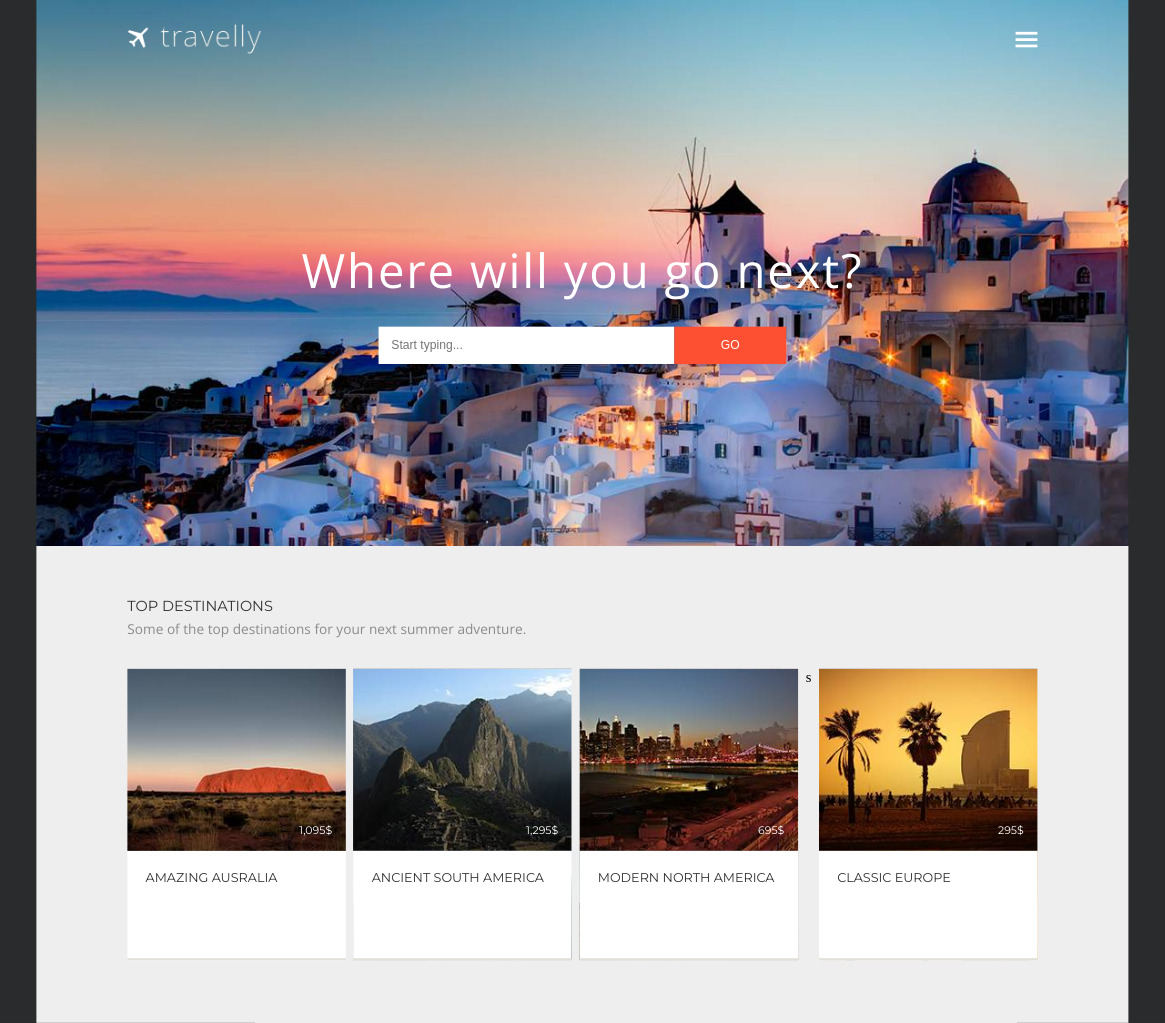
Repository: YusifHasanov/Web-Page-Template
Page: index.html
These files come from the project's save history. The page is drawn as it stood at one moment and after a run of saves; the edit follows.
The browser window is 1280 px wide. The pictures show the whole page, at 91% of full size.

Above is the page before, as saved 2021-12-05 21:38:59.

### index.html
<!DOCTYPE html>
<html lang="en">
<head>
  <!-- !required meta tags -->
  <meta charset="UTF-8">
  <meta http-equiv="X-UA-Compatible" content="IE=edge">
  <meta name="viewport" content="width=device-width, initial-scale=1.0">
  <title>Document</title>
  <!-- !style css -->
  <link rel="stylesheet" href="./css/style.css" />
</head>
<body>

  <div class="container">
      <div class="header useless">
        <div class="navBar d-flex justify-between align-end">
          <img src="./img/logo.png" alt="traveller company logo" />
          <img src="./img/menubar.png" class="hamburger" alt="hamburger menu logo" />
        </div>
        <h1>Where will you go next?</h1>
        <form class="d-flex justify-center">
          <input type="text" id="search" name="search" [aria-label="search"] placeholder="Start typing..." />
          <button type="submit" role="button">GO</button>
        </form>
      </div>
      <div class="top-destinations useless">
            <h2>Top destinations</h2>
            <p>Some of the top destinations for your next summer adventure.</p>

            <div class="flex-container d-flex justify-between">
              <div class="flex-item">
                <!-- !1 -->
                <div class="top australia">
                  <span>1,095$</span>
                </div>
                <div class="down">
                  <h3>amazing ausralia</h3>
                </div>
              </div>
                <!-- !2 -->
              <div class="flex-item s-america">
                <div class="top">
                   <span>1,295$</span>
                </div>
                <div class="down">
                     <h3>ancient south america</h3>
                </div>
              </div>
                <!-- !3 -->
              <div class="flex-item n-america">
                <div class="top">
                   <span>695$</span>
                </div>
                <div class="down">
                  <h3>modern north america</h3>
                </div>
              </div>
                <!-- !4 -->s
              <div class="flex-item europe">
                <div class="top">
                   <span>295$</span>
                </div>
                <div class="down">
                  <h3>classic europe</h3>
                </div>
              </div>
            </div>
      </div>
  </div>

</body>
</html>

### css/style.css
@import url('https://fonts.googleapis.com/css2?family=Montserrat&family=Open+Sans:wght@300;400&display=swap');

* {
  margin: 0;
  padding: 0;
  outline: 0;
  border: 0;
  box-sizing: border-box;
}

body {
  min-height: 100vh;
  background-color: #292b2c;
}

.d-flex {
  display: flex;
}

.justify-center {
  justify-content: center;
}

.justify-between {
  justify-content: space-between;
}

.align-end {
  align-items: flex-end;
}

.useless {
  padding-left: 8.33%;
  padding-right: 8.33%;
}

.container {
  max-width: 1200px;
  margin-left: auto;
  margin-right: auto;
}

.header {
  height: 600px;
  background-image: url(./../img//backgr.jpg);
}

.navBar {
  padding-top: 26px;
}

.hamburger {
  margin-bottom: 6px;
}

.header > h1 {
  font-size: 52px;
  letter-spacing: 2px;
  color: #ffffff;
  font-weight: 300;
  font-family: 'Open Sans', sans-serif;
  text-align: center;
  line-height: 45px;
  margin-top: 215px;
}

.header > h1 + form {
  margin-top: 40px;
  height: 41px;
}

button[type='submit'] {
  width: 123px;
  background-color: #fd4f32;
  color: white;
}

.header input[type='text'] {
  width: 325px;
  padding-left: 14px;
}

.top-destinations {
  padding-top: 59px;
  padding-bottom: 69px;
  background-color: #eee;
}

.top-destinations > h2 {
  font-size: 16px;
  letter-spacing: 0px;
  color: #323232;
  font-weight: 400;
  font-family: 'Montserrat', sans-serif;
  text-transform: uppercase;
  line-height: 13px;
}

.top-destinations > p {
  font-size: 15px;
  letter-spacing: 0px;
  color: #8b8b8b;
  font-weight: 400;
  font-family: 'Open Sans', sans-serif;
  line-height: 10px;
  margin-top: 14px;
}

.flex-container {
  margin-top: 39px;
}

.flex-item {
  width: 24%;
}

.top {
  height: 200px;
  position: relative;
}

.top > span {
  position: absolute;
  font-size: 12px;
  letter-spacing: 0px;
  color: #ffffff;
  font-weight: 400;
  font-family: 'Montserrat', sans-serif;
  text-align: right;
  bottom: 16px;
  right: 15px;
}

.australia {
  background-image: url(./../img/amazing-a.jpg);
}

.s-america {
  background-image: url(./../img/s-america.jpg);
}

.n-america {
  background-image: url(./../img/n-america.jpg);
}

.europe {
  background-image: url(./../img/europe.jpg);
}
.down {
  height: 120px;
  background-color: white;
  border-bottom: 2px solid #e1dfd8;
  padding-left: 20px;
  padding-top: 20px;
}

.down > h3 {
  text-transform: uppercase;
  font-size: 14px;
  letter-spacing: 0px;
  color: #323232;
  font-weight: 400;
  font-family: 'Montserrat', sans-serif;
}

After the next 3 saves:
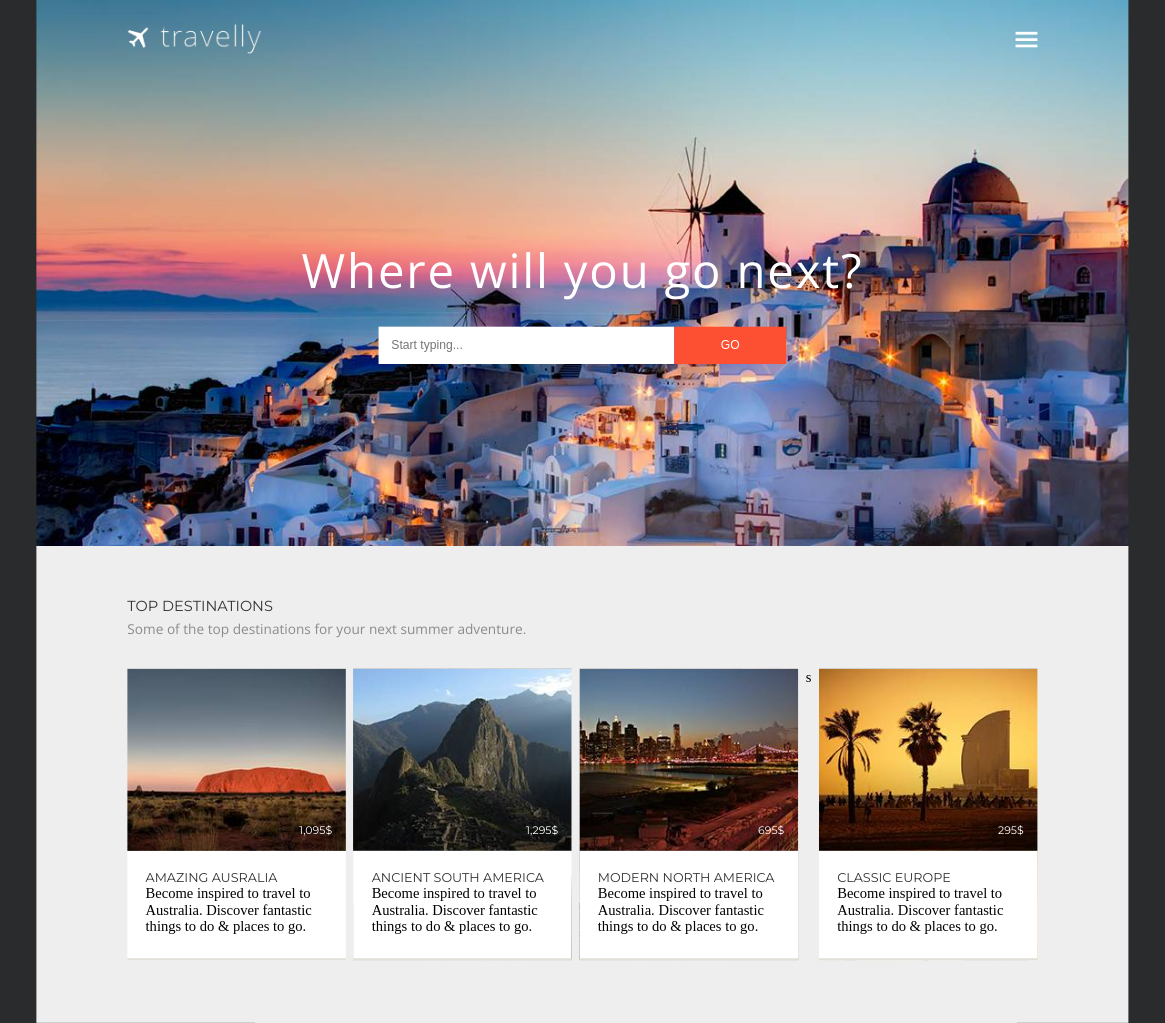
The 3 saves are shown as one change because they came seconds apart.
The last was saved 59 s later.
--- a/index.html
+++ b/index.html
@@ -35,6 +35,9 @@
                 </div>
                 <div class="down">
                   <h3>amazing ausralia</h3>
+                  <p>
+                    Become inspired to travel to Australia. Discover fantastic things to do & places to go.
+                  </p>
                 </div>
               </div>
                 <!-- !2 -->
@@ -44,6 +47,9 @@
                 </div>
                 <div class="down">
                      <h3>ancient south america</h3>
+                     <p>
+                       Become inspired to travel to Australia. Discover fantastic things to do & places to go.
+                     </p>
                 </div>
               </div>
                 <!-- !3 -->
@@ -53,6 +59,9 @@
                 </div>
                 <div class="down">
                   <h3>modern north america</h3>
+                  <p>
+                    Become inspired to travel to Australia. Discover fantastic things to do & places to go.
+                  </p>
                 </div>
               </div>
                 <!-- !4 -->s
@@ -62,6 +71,9 @@
                 </div>
                 <div class="down">
                   <h3>classic europe</h3>
+                  <p>
+                    Become inspired to travel to Australia. Discover fantastic things to do & places to go.
+                  </p>
                 </div>
               </div>
             </div>
